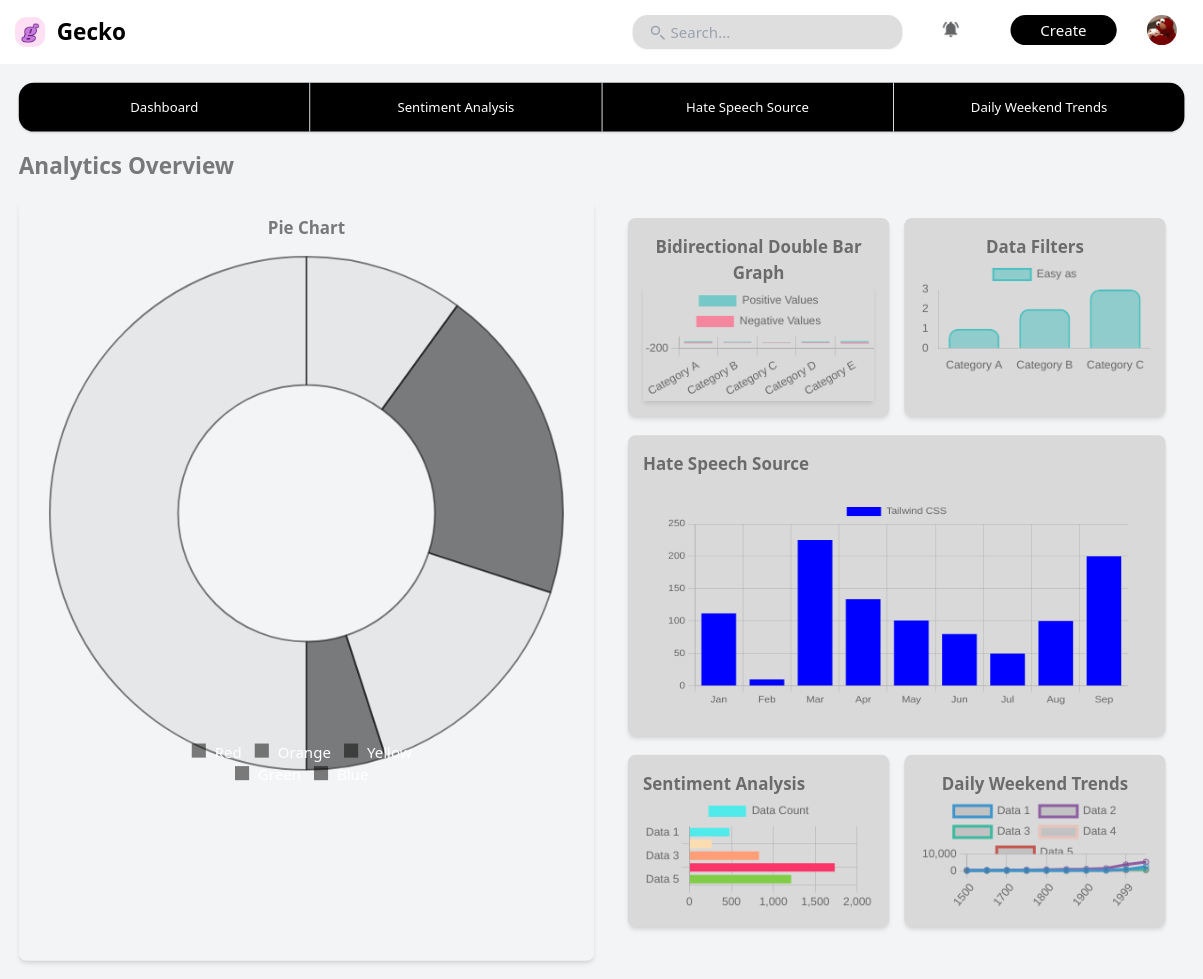
Repository: theamgri/thesis-website-nextjs
Page: website.html
The author's editor kept a copy of each file at every save. The page is drawn from the files as they stood at one save, then again after the next save.
The browser window is 1280 px wide. The pictures show the whole page, at 94% of full size.

Above is the page before, as saved 2023-10-07 06:53:58.

After the next save:
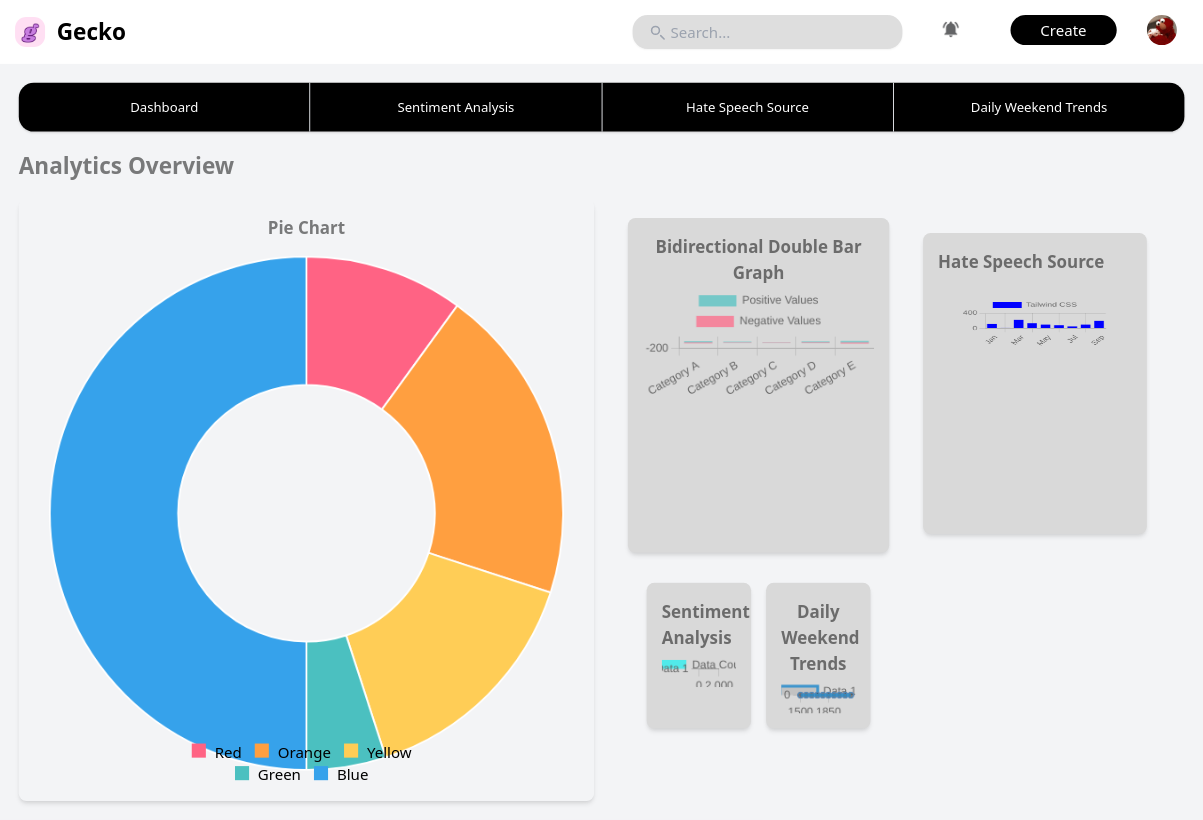
Saved 19 s later.
--- a/website.html
+++ b/website.html
@@ -118,37 +118,37 @@
 <div class="m-5 grid grid-cols-1 md:grid-cols-2 lg:grid-cols-2 xl:grid-cols-2 gap-4">
   <!-- Container for Pie Chart (2 rows) -->
   <div class="bg-white p-4 rounded-lg shadow-md" style="background-color: transparent; grid-row: span 2; overflow: visible;">
-    <!-- Content goes here, such as the chart -->
-    <h2 class="text-lg text-center opacity-50 font-semibold">Pie Chart</h2>
-    <div style="position: relative;">
-        <canvas class="p-4" id="donutChart" width="100" height="100"></canvas>
-        <div style="position: absolute; bottom: 0; left: 50%; transform: translateX(-50%); text-align: center;">
-            <!-- Display labels here -->
-            <div style="display: inline-block; margin-right: 10px;">
-                <div style="background-color: rgba(0, 0, 0, 0.5); width: 15px; height: 15px; display: inline-block; margin-right: 5px;"></div>
-                <span style="color: white;">Red</span>
-            </div>
-            <div style="display: inline-block; margin-right: 10px;">
-                <div style="background-color: rgba(0, 0, 0, 0.5); width: 15px; height: 15px; display: inline-block; margin-right: 5px;"></div>
-                <span style="color: white;">Orange</span>
-            </div>
-            <div style="display: inline-block; margin-right: 10px;">
-                <div style="background-color: rgba(0, 0, 0, 0.5); width: 15px; height: 15px; display: inline-block; margin-right: 5px;"></div>
-                <span style="color: white;">Yellow</span>
-            </div>
-            <div style="display: inline-block; margin-right: 10px;">
-                <div style="background-color: rgba(0, 0, 0, 0.5); width: 15px; height: 15px; display: inline-block; margin-right: 5px;"></div>
-                <span style="color: white;">Green</span>
-            </div>
-            <div style="display: inline-block; margin-right: 10px;">
-                <div style="background-color: rgba(0, 0, 0, 0.5); width: 15px; height: 15px; display: inline-block; margin-right: 5px;"></div>
-                <span style="color: white;">Blue</span>
-            </div>
-        </div>
-    </div>
-
-    <!-- Optionally, you can add a label or title for the container -->
-    <script>
+      <!-- Content goes here, such as the chart -->
+      <h2 class="text-lg text-center opacity-50 font-semibold">Pie Chart</h2>
+      <div style="position: relative;">
+          <canvas class="p-4" id="donutChart" width="100" height="100"></canvas>
+          <div style="position: absolute; bottom: 0; left: 50%; transform: translateX(-50%); text-align: center;">
+              <!-- Display labels here -->
+               <div style="display: inline-block; margin-right: 10px;">
+                  <div style="background-color: rgb(255, 99, 132); width: 15px; height: 15px; display: inline-block; margin-right: 5px;"></div>
+                  <span>Red</span>
+              </div>
+              <div style="display: inline-block; margin-right: 10px;">
+                  <div style="background-color: rgb(255, 159, 64); width: 15px; height: 15px; display: inline-block; margin-right: 5px;"></div>
+                  <span>Orange</span>
+              </div>
+              <div style="display: inline-block; margin-right: 10px;">
+                  <div style="background-color: rgb(255, 205, 86); width: 15px; height: 15px; display: inline-block; margin-right: 5px;"></div>
+                  <span>Yellow</span>
+              </div>
+              <div style="display: inline-block; margin-right: 10px;">
+                  <div style="background-color: rgb(75, 192, 192); width: 15px; height: 15px; display: inline-block; margin-right: 5px;"></div>
+                  <span>Green</span>
+              </div>
+              <div style="display: inline-block; margin-right: 10px;">
+                  <div style="background-color: rgb(54, 162, 235); width: 15px; height: 15px; display: inline-block; margin-right: 5px;"></div>
+                  <span>Blue</span>
+              </div>
+          </div>
+      </div>
+
+       <!-- Optionally, you can add a label or title for the container -->
+      <script>
         // Ensure that the DOM is fully loaded before initializing the chart
         document.addEventListener("DOMContentLoaded", function() {
             const donutData = {
@@ -158,18 +158,11 @@
                         {
                             data: [10, 20, 15, 5, 50],
                             backgroundColor: [
-                                'rgba(217, 217, 217, 0.5)',
-                                'rgba(0, 0, 0, 0.5)',
-                                'rgba(217, 217, 217, 0.5)',
-                                'rgba(0, 0, 0, 0.5)',
-                                'rgba(217, 217, 217, 0.5)',
-                            ],
-                            borderColor: [
-                                'rgba(0, 0, 0, 0.5)',
-                                'rgba(0, 0, 0, 0.5)',
-                                'rgba(0, 0, 0, 0.5)',
-                                'rgba(0, 0, 0, 0.5)',
-                                'rgba(0, 0, 0, 0.5)',
+                                'rgb(255, 99, 132)',
+                                'rgb(255, 159, 64)',
+                                'rgb(255, 205, 86)',
+                                'rgb(75, 192, 192)',
+                                'rgb(54, 162, 235)',
                             ],
                         },
                     ],
@@ -196,8 +189,7 @@
             );
         });
     </script>
-</div>
-
+   </div>
 
 
   <div class="container mx-auto mt-0">
@@ -206,7 +198,7 @@
         <!-- Container 1 -->
         <div class="bg-white p-4 rounded-lg shadow-md" style="background-color: #D9D9D9;">
             <h2 class="text-lg text-center opacity-50 font-semibold">Bidirectional Double Bar Graph</h2>
-            <canvas id="bidirectional-double-bar-graph" class="shadow-md"></canvas>
+            <canvas id="bidirectional-double-bar-graph" class="shadow-md></canvas>
         </div>
 
 
